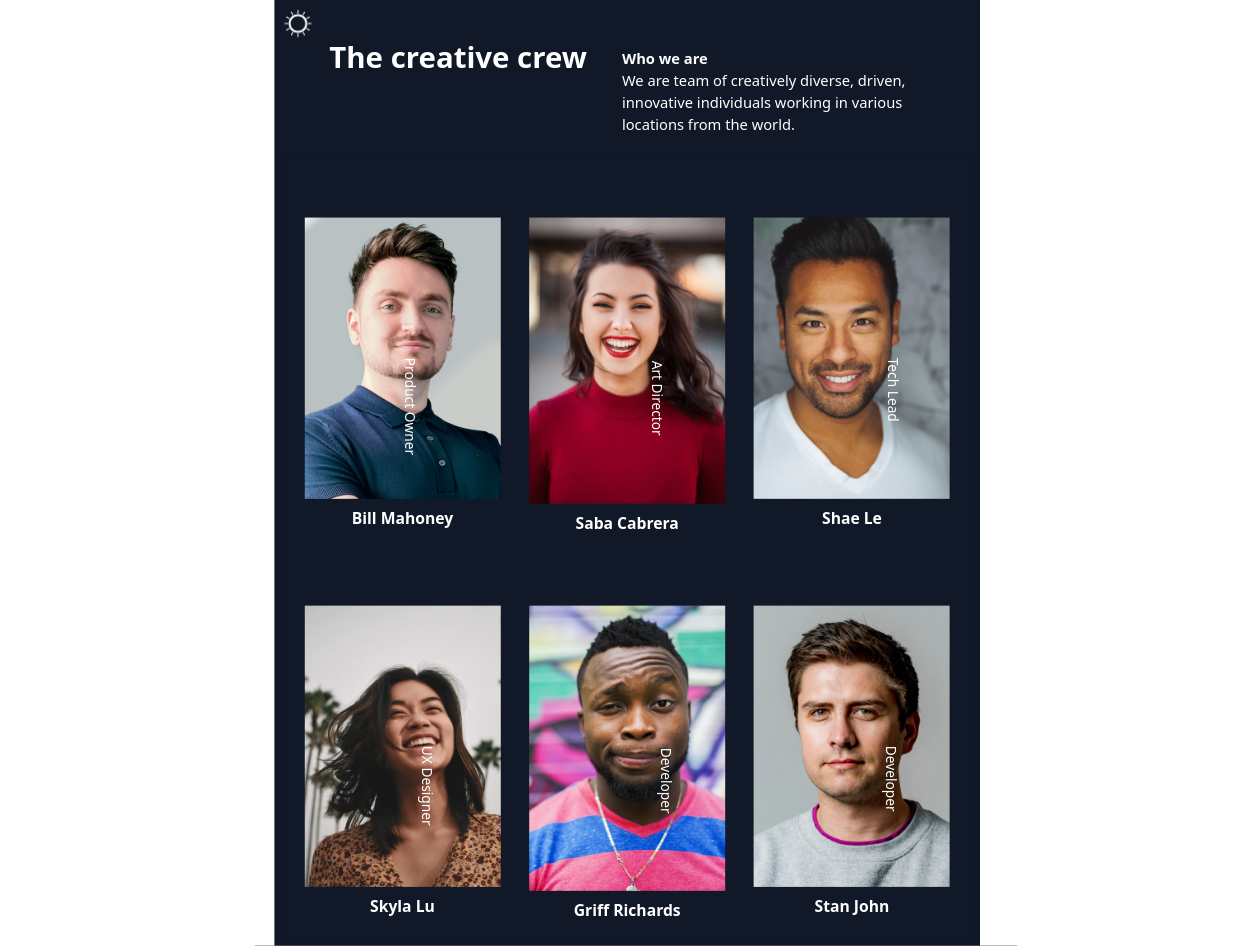
Repository: Alzate1075/Funval-G3-N2
Page: /
These files come from the project's save history. The page is drawn as it stood at one moment and after the next save; the edit follows.
The browser window is 1280 px wide. The pictures show the whole page, at 98% of full size.
The project was rebuilt for these pictures with package versions that can differ from the ones it lists, and the page was loaded fresh each time. Also part of the build but not shown: vite.config.js.

Above is the page before, as saved 2025-07-02 22:39:45.

### index.html
<!DOCTYPE html>
<html lang="en">
  <head>
    <meta charset="UTF-8" />
    <link rel="icon" type="image/svg+xml" href="/vite.svg" />
    <meta name="viewport" content="width=device-width, initial-scale=1.0" />
    <link rel="stylesheet" href="./src/index.css" />
    <title>Vite + React</title>
  </head>
  <body>
    <div id="root"></div>
    <script type="module" src="/src/main.jsx"></script>
  </body>
</html>

### src/App.jsx
import { TeamCard } from "./components/TeamCard";
import miArray from "./components/ArrayTeams";

function App() {
  return (
    <div className="md:bg-[#111827] p-2 md:mx-70">
      <div>
        <img src="/images/sol.png" alt="sol" className="w-8 justify-end" />
      </div>
      <div>
        <img
          src="/images/luna.png"
          alt="luna"
          className="w-8 justify-start md:hidden"
        />
      </div>
      <div className="md:text-white text-black text-center md:flex md:justify-between md:mx-12">
        <h1 className="text-3xl font-bold">The creative crew</h1>
        <p className="text-[15px] mt-2 max-w-md md:text-md text-wrap text-left m-5">
          <b>Who we are</b>
          <br />
          We are team of creatively diverse, driven, <br /> innovative
          individuals working in various <br /> locations from the world.
        </p>
      </div>

      <div className="md:bg-[#111827] grid grid-cols-2 md:grid-cols-3 gap-x-4 gap-y-6 p-4">
        {miArray.map((persona, index) => (
          <TeamCard
            key={index}
            name={persona.name}
            role={persona.role}
            image={persona.image}
            extraClass={index % 3 === 1 ? "mt-16" : ""}
          />
        ))}
      </div>
    </div>
  );
}

export default App;

### src/components/TeamCard.jsx
export function TeamCard(props) {
  return (
    <div className={`md:mt-12 ${props.extraClass}`}>
      <div className="text-black md:text-white md:flex md:items-center md:justify-center gap-2 relative">
        <img src={props.image} alt={props.name} className="md:w-[200px] w-20" />
        <span className="absolute right-0 top-1/2 -translate-y-1/2 rotate-90 origin-left text-sm">
          {props.role}
        </span>
      </div>
      <div className="md:text-white text-center mt-2">
        <h3 className="font-semibold">{props.name}</h3>
      </div>
    </div>
  );
}

### src/components/ArrayTeams.jsx
const team = [
  {
    name: "Bill Mahoney",
    role: "Product Owner",
    image: "/images/photo1.png",
    descripcion: "Responsable del producto",
  },
  {
    name: "Saba Cabrera",
    role: "Art Director",
    image: "/images/photo2.png",
    descripcion: "Directora de arte",
  },
  {
    name: "Shae Le",
    role: "Tech Lead",
    image: "/images/photo3.png",
    descripcion: "Líder tecnológico",
  },
  {
    name: "Skyla Lu",
    role: "UX Designer",
    image: "/images/photo4.png",
    descripcion: "Diseñadora UX",
  },
  {
    name: "Griff Richards",
    role: "Developer",
    image: "/images/photo5.png",
    descripcion: "Desarrollador",
  },
  {
    name: "Stan John",
    role: "Developer",
    image: "/images/photo6.png",
    descripcion: "Desarrollador",
  },
];

export default team;

Loaded but not shown: src/index.css (common file); src/main.jsx (common file)

After the next save:
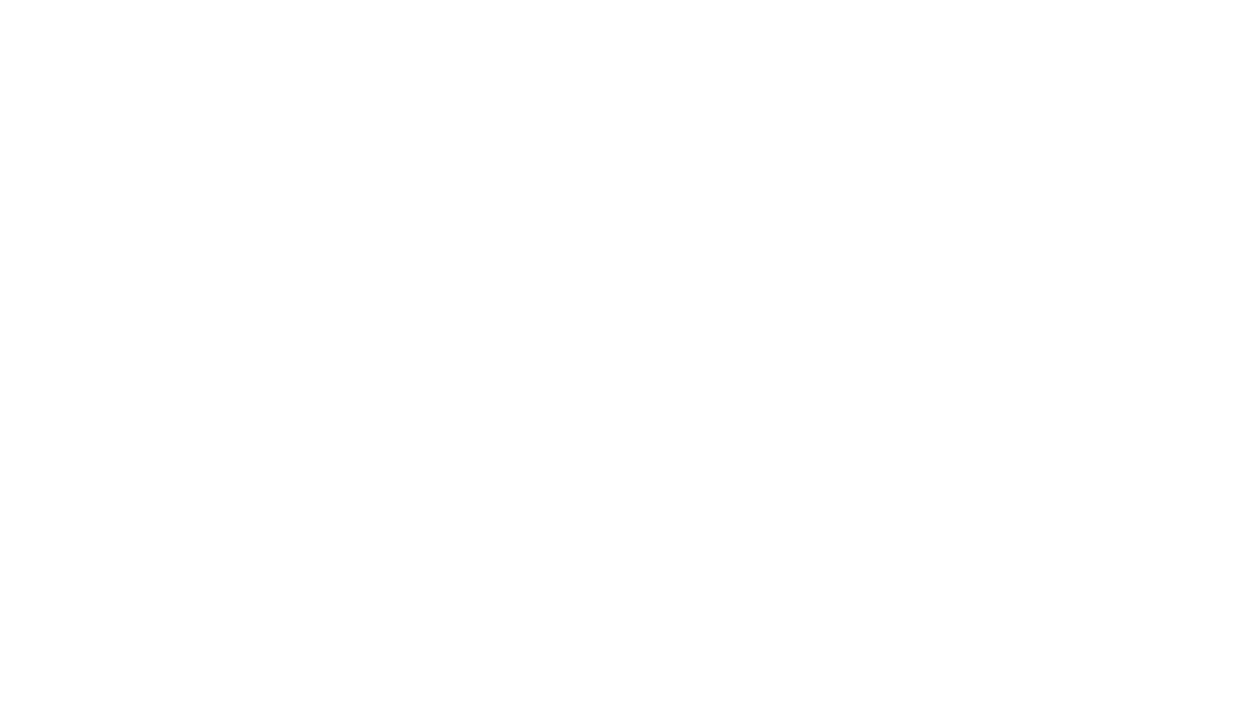
Console error: ReferenceError: miArray is not defined
Saved 85 s later.
--- a/src/components/ArrayTeams.jsx
+++ b/src/components/ArrayTeams.jsx
@@ -37,4 +37,4 @@ const team = [
   },
 ];
 
-export default team;
+export default miArray;

After the save that followed:
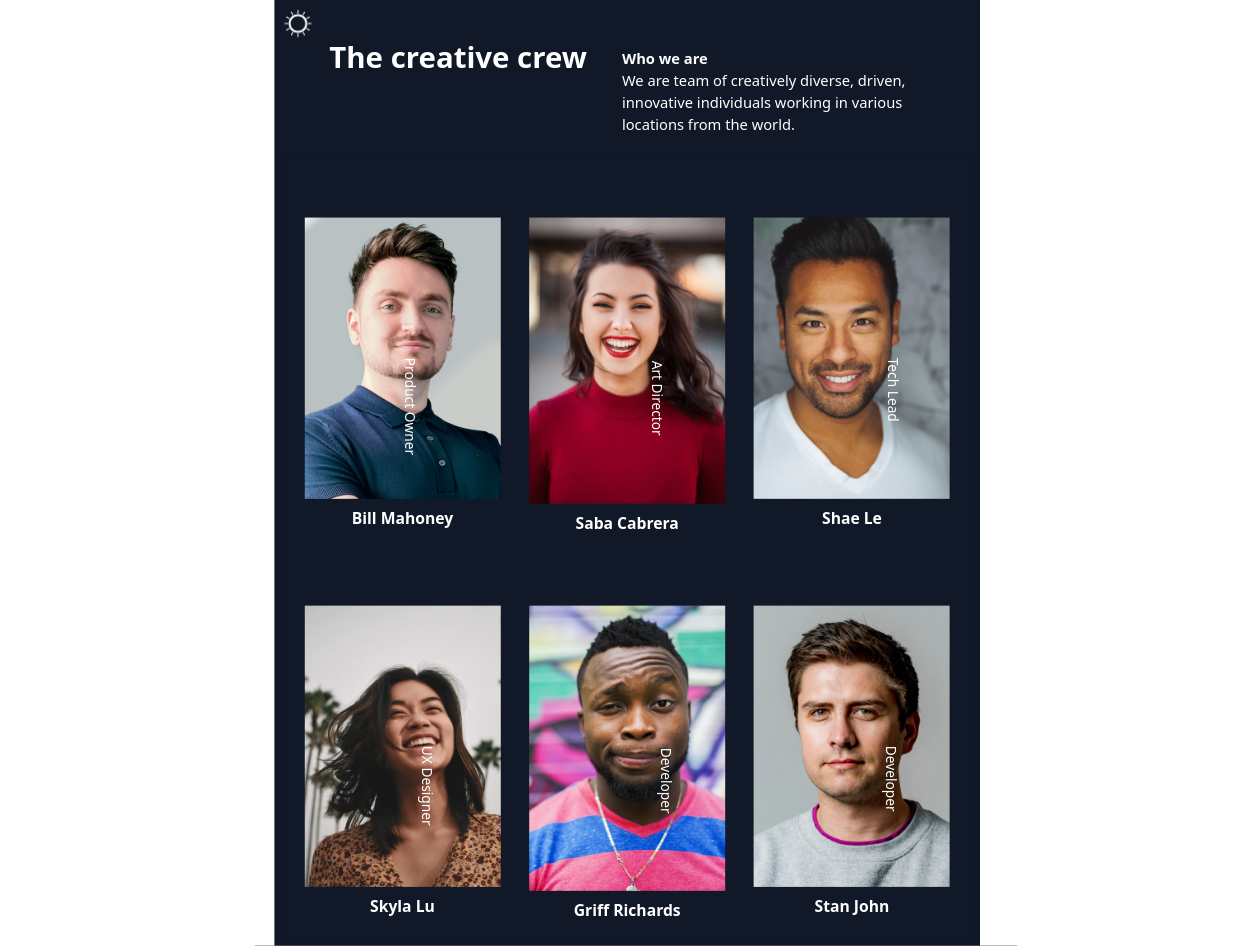
The error is gone.
Saved 8 s later.
--- a/src/components/ArrayTeams.jsx
+++ b/src/components/ArrayTeams.jsx
@@ -1,4 +1,4 @@
-const team = [
+const miArray = [
   {
     name: "Bill Mahoney",
     role: "Product Owner",
